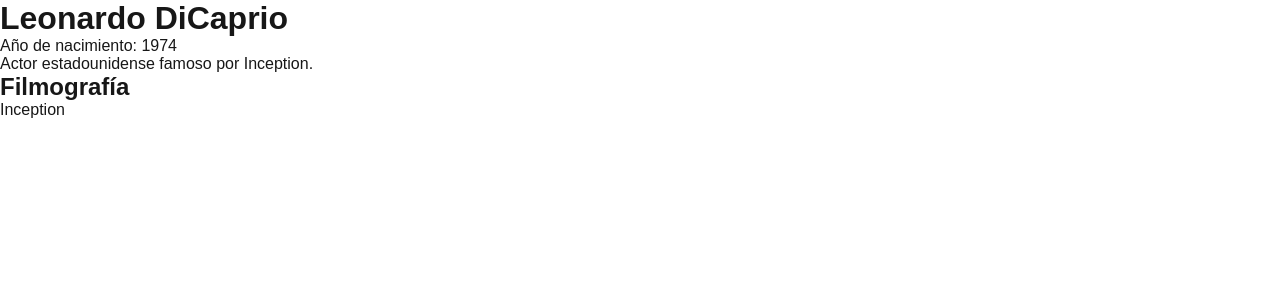
Repository: osoriomrs/ICS_IA
Page: /actors/a1 (app in ejer_11.1/)
The author's editor kept a copy of each file at every save. The page is drawn from the files as they stood at one save, then again after the next save.
The browser window is 1280 px wide. The pictures show the whole page.
The project was rebuilt for these pictures with package versions that can differ from the ones it lists, and the page was loaded fresh each time. The framework's server and built-in components were replaced by stand-ins that run in the browser. Also part of the build but not shown: ejer_11.1/next.config.mjs.

Above is the page before, as saved 2026-02-04 11:38:49.

After the next save:
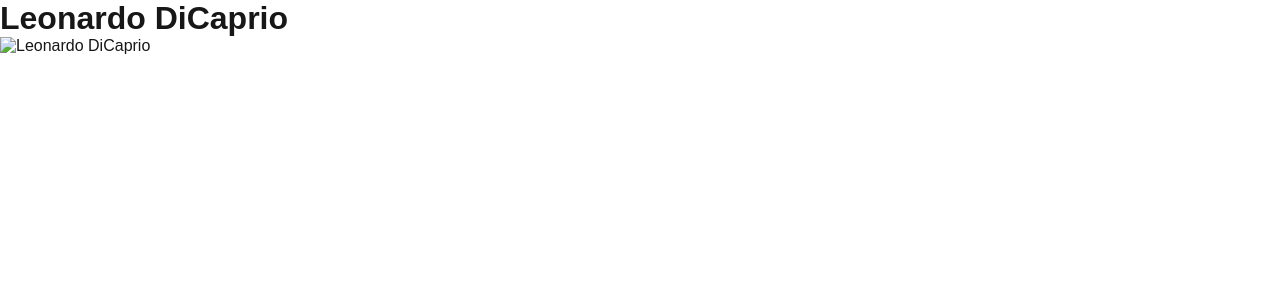
Saved 4 min 16 s later.
--- a/ejer_11.1/app/actors/[actorId]/page.js
+++ b/ejer_11.1/app/actors/[actorId]/page.js
@@ -1,23 +1,18 @@
-import { getActorById, getFilmographyByActorId } from '../../../lib/cinema'
-import Link from 'next/link'
+// app/actors/[actorId]/page.js
+import { ACTORS } from '../../../lib/cinema';
 
 export default function ActorDetailPage({ params }) {
-  const actor = getActorById(params.actorId)
-  const films = getFilmographyByActorId(params.actorId)
+  const { actorId } = params; // params viene de Next.js
+  const actor = ACTORS.find(a => a.id === actorId);
+
+  if (!actor) {
+    return <p>Actor no encontrado</p>;
+  }
 
   return (
-    <div className="actor-detail">
+    <div>
       <h1>{actor.name}</h1>
-      <p>Año de nacimiento: {actor.birthYear}</p>
-      <p>{actor.bio}</p>
-      <h2>Filmografía</h2>
-      <ul>
-        {films.map(movie => (
-          <li key={movie.id}>
-            <Link href={`/movies/${movie.id}`}>{movie.title}</Link>
-          </li>
-        ))}
-      </ul>
+      <img src={actor.photo} alt={actor.name} />
     </div>
-  )
+  );
 }
